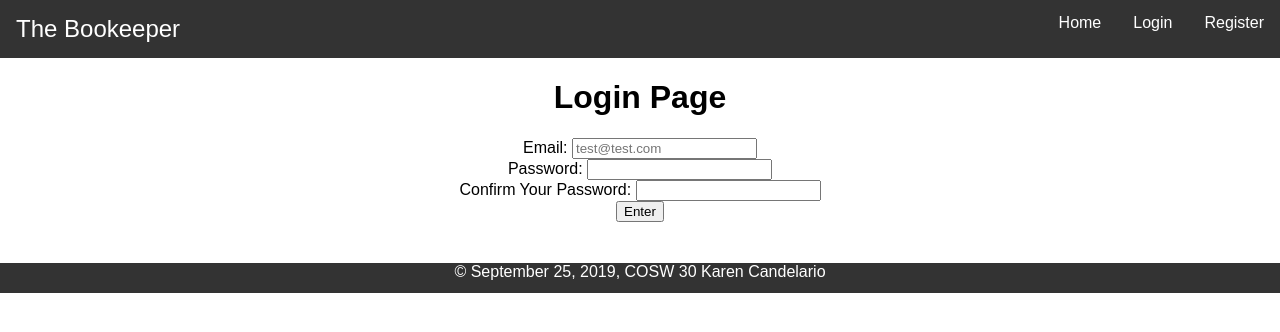
Repository: lilliebee/COSW30
Page: http://localhost/homework/homework5/login.php
The author's editor kept a record of every edit. The page is drawn from the files as they stood at one moment, then again after the next edit.
The browser window is 1280 px wide. The pictures show the whole page.
The page is run by PHP 8.4 with error messages shown; the project is at /var/www/html/.

Above is the page before.

### homework/homework5/login.php
<?php include 'header.php'; ?>

<main>
    <div id=loginpage >
        <div id=loginborder>
    <h1>Login Page</h1>
    <form action="login.php" method="POST">

    <label for="email">Email:</label>
    <input class= "loginin" type="email" id="email" name="email" placeholder="test@test.com" value=""></br>
        <label for="password">Password:</label>
    <input class= "loginin" type="password" id="password" name="password"></br>
        <label for="password">Confirm Your Password:</label>
    <input type="password" id="conf_password" name="conf_password"></br>

    <input type="submit" name="loginButton" value="Enter">

        </form>
        </div>
        </div>
</main>




<?php include 'footer.php' ; ?>

### homework/homework5/header.php
<!doctype html>
<html>
    <head>
        <meta charset="utf-8">
        <title>Home Page</title>
        <link href="https://fonts.googleapis.com/css?family=Quicksand&display=swap" rel="stylesheet">
        <style type="text/css">
body {
  margin:0px;
  font-family:arial;
        }
ul {
  list-style-type: none;
  margin: 0;
  padding: 0;
  overflow: hidden;
  background-color: #333;
}

li {
  float: right;
}

li a {
  display: block;
  color: white;
  text-align: center;
  padding: 14px 16px;
  text-decoration: none;
}
#title {
  float:left;
  padding: 15px 16px;
  font-size:1.5em;
  color:white;

}
img {
  width:50%;
  display:block;
  margin-left: auto;
  margin-right: auto;
  margin-top:50px;

}

main {
  text-align:center;
  padding-bottom:25px;

}

#buttonreg {
  padding: 15px 25px;
  font-size: 15px;
  text-align: center;
  cursor: pointer;
  color: #fff;
  background-color:#283966;
  border-radius: 5px;
  box-shadow: 0 9px #999;
}


footer {
  background-color: #333;
  color:white;
  text-align:center;
  height:30px;

}

        </style>
        </head>

       <body>

<header>

 <nav id="nav">
   <ul>
     <li id="title">The Bookeeper</li>
     <li class="menu"><a href="register.php">Register</a></li>
     <li class="menu"><a href="login.php">Login</a></li>
     <li class="menu"><a href="index.php">Home</a></li>
   </ul>
</nav>
        </header>
       </body>

### homework/homework5/footer.php
<!DOCTYPE html>
<html>
  <footer>
            <p>	&copy; September 25, 2019, COSW 30 Karen Candelario </p>
        </footer>

</html>

After the next edit:
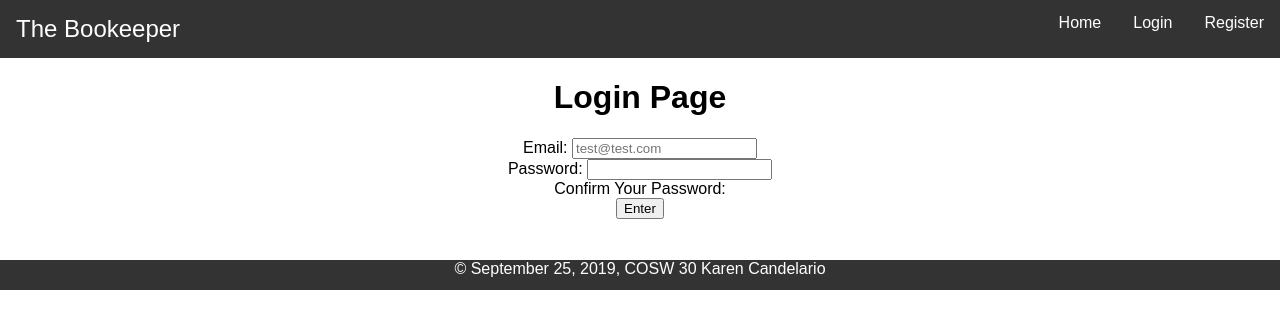
The edit:
--- a/homework/homework5/login.php
+++ b/homework/homework5/login.php
@@ -11,7 +11,7 @@
         <label for="password">Password:</label>
     <input class= "loginin" type="password" id="password" name="password"></br>
         <label for="password">Confirm Your Password:</label>
-    <input type="password" id="conf_password" name="conf_password"></br>
+    <inputclass= "loginin"  type="password" id="conf_password" name="conf_password"></br>
 
     <input type="submit" name="loginButton" value="Enter">
 

After the 2 edits that followed:
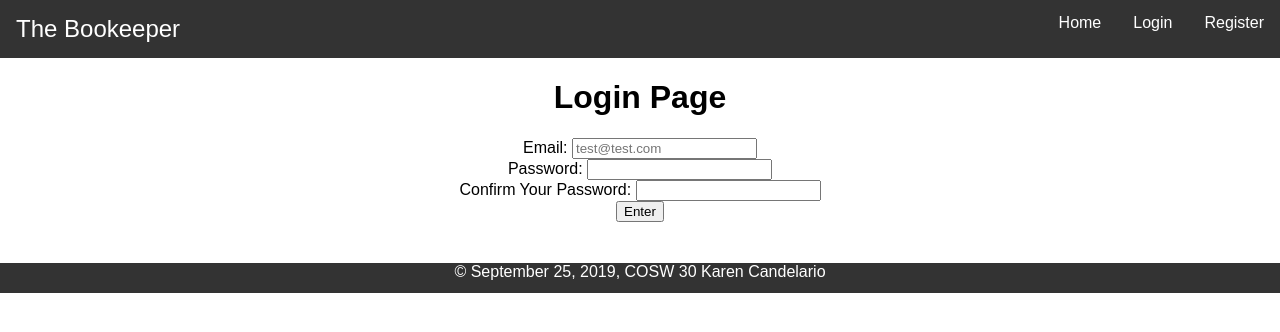
The 2 edits are shown as one change because 1 left the picture as it was.
The edit:
--- a/homework/homework5/login.php
+++ b/homework/homework5/login.php
@@ -11,9 +11,9 @@
         <label for="password">Password:</label>
     <input class= "loginin" type="password" id="password" name="password"></br>
         <label for="password">Confirm Your Password:</label>
-    <inputclass= "loginin"  type="password" id="conf_password" name="conf_password"></br>
+    <input class= "loginin"  type="password" id="conf_password" name="conf_password"></br>
 
-    <input type="submit" name="loginButton" value="Enter">
+    <input class= "loginin" type="submit" name="loginButton" value="Enter">
 
         </form>
         </div>
